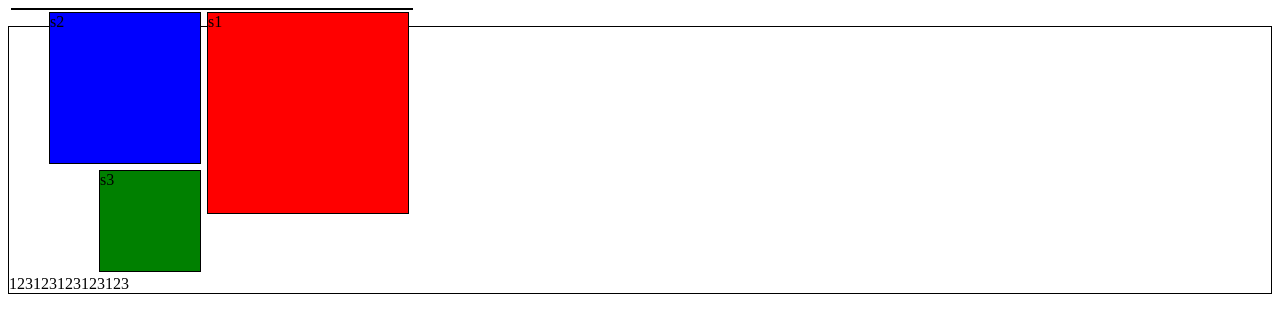
Repository: MasterKweng/workspace
Page: WebBasic/WebContent/Day02/右浮动.html
These files come from the project's save history. The page is drawn as it stood at one moment and after the next save; the edit follows.
The browser window is 1280 px wide. The pictures show the whole page.

Above is the page before, as saved 2018-01-05 02:27:19.

After the next save:
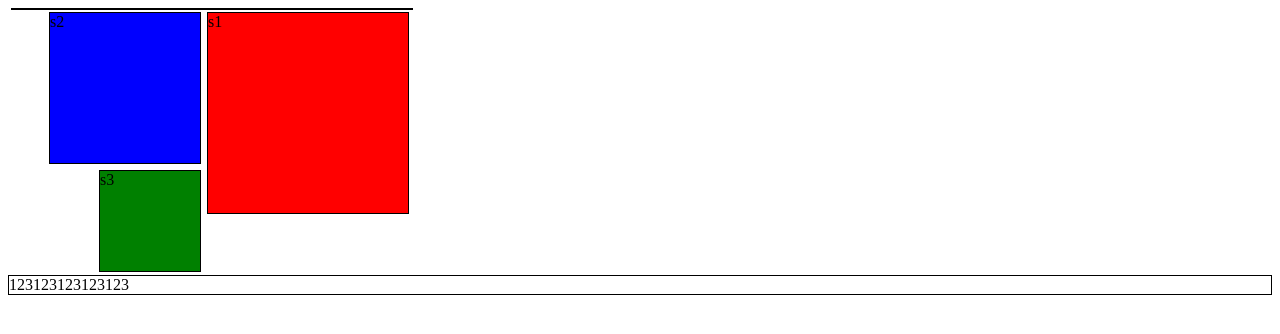
Saved 17 min 58 s later.
--- a/WebBasic/WebContent/Day02/右浮动.html
+++ b/WebBasic/WebContent/Day02/右浮动.html
@@ -32,7 +32,9 @@
 			#son1,#son2,#son3{
 				float:right;
 			}
-
+			p{
+				clear:right;
+			}
 		</style>
 	</head>
 	<body>
